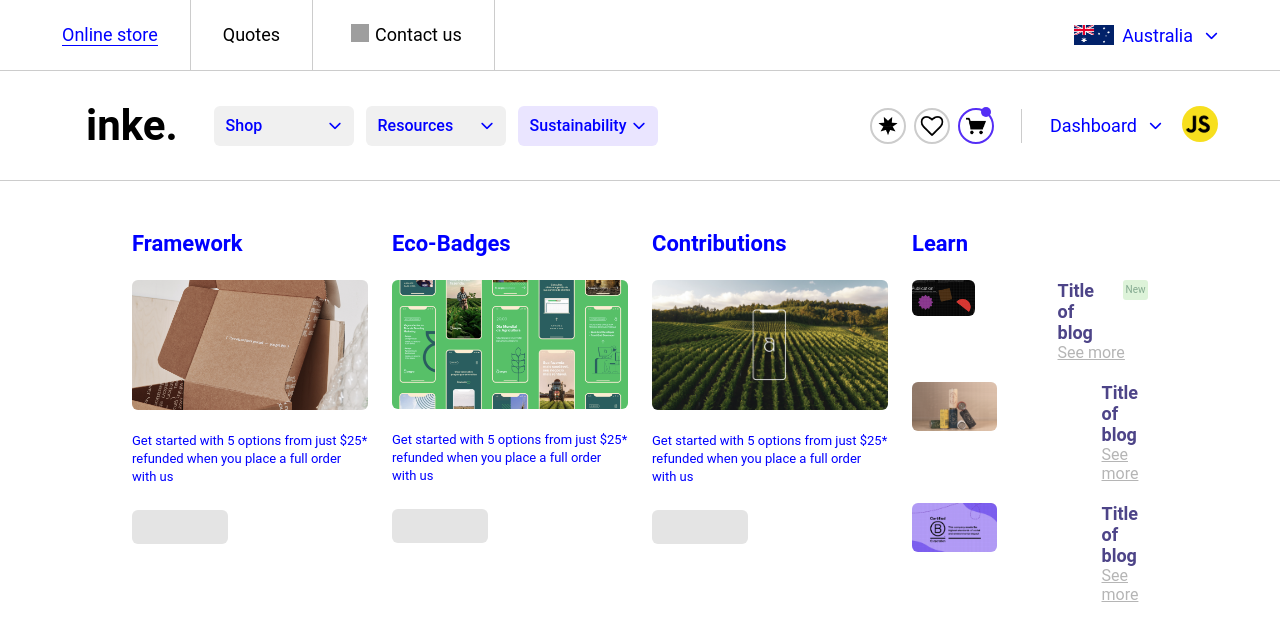
Repository: NguyenMinhKhanhB1909929/Practice_HTML-01
Page: index.html
The author's editor kept a copy of each file at every save. The page is drawn from the files as they stood at one save, then again after a run of saves.
The browser window is 1280 px wide. The pictures show the whole page.
Pictures or frames that could not be fetched are drawn as grey boxes. Some web libraries are served in a nearby version.

Above is the page before, as saved 2022-04-07 19:33:35.

### index.html
<!DOCTYPE html>
<html lang="en">
  <head>
    <meta charset="UTF-8" />
    <meta http-equiv="X-UA-Compatible" content="IE=edge" />
    <meta name="viewport" content="width=device-width, initial-scale=1.0" />
    <title>Practice 1</title>
    <link rel="stylesheet" href="./asset/style/style.css" />
    <link
      rel="stylesheet"
      href="https://cdnjs.cloudflare.com/ajax/libs/font-awesome/6.1.1/css/all.min.css"
    />
  </head>
  <body>
    <div class="main">
      <div class="header">
        <div class="header__about">
          <div class="header__about-text">
            <a href="" class="active">Online store</a>
          </div>
          <div class="header__about-text">
            <a href="">Quotes</a>
          </div>
          <div class="header__about-text">
            <img
              src="https://emojipedia-us.s3.dualstack.us-west-1.amazonaws.com/thumbs/120/google/313/waving-hand_1f44b.png"
              alt=""
              class="header__about-text__img"
            />
            <p class="m-0">
              <a href="">Contact us</a>
            </p>
          </div>
        </div>
        <div class="header__nation">
          <div class="header__nation-wrap">
            <div class="header__nation-flag">
              <img
                src="./asset/img/Australia.svg.webp"
                alt="abc"
                class="header__nation-flag-img"
              />
            </div>
            <div class="header__nation-name">
              <p class="m-0">Australia</p>
            </div>
            <div class="header__nation-icon">
              <i class="fa-solid fa-chevron-down"></i>
            </div>
          </div>
        </div>
      </div>
      <nav class="nav">
        <div class="nav__category">
          <div class="nav__logo">
            <a href="" class="nav__logo-link">inke.</a>
          </div>

          <div class="nav__category-opt">
            <p class="nav__category-opt-name">Shop</p>
            <div class="nav__category-opt-icon">
              <i class="fa-solid fa-chevron-down"></i>
            </div>
          </div>

          <div class="nav__category-opt">
            <p class="nav__category-opt-name">Resources</p>
            <div class="nav__category-opt-icon">
              <i class="fa-solid fa-chevron-down"></i>
            </div>
          </div>
          <div class="nav__category-opt active-btn">
            <p class="nav__category-opt-name">Sustainability</p>
            <div class="nav__category-opt-icon">
              <i class="fa-solid fa-chevron-down"></i>
            </div>
          </div>
        </div>
        <div class="nav__wrap">
          <div class="nav__icon-wrap">
            <div class="nav__icon">
              <img
                src="./asset/img/seven-pointed-star-vector-icon-seven-pointed-star-icon-vector-seven-pointed-star-icon-seven-pointed-star-vector-icon-96183751.jpg"
                alt=""
                class="nav__icon-img"
              />
            </div>
            <div class="nav__icon">
              <img
                src="./asset/img/heart-icon-free-vector.jpg"
                alt=""
                class="nav__icon-img"
              />
            </div>
            <div class="nav__icon active-icon">
              <img
                src="./asset/img/cart-icon-20.jpg"
                alt=""
                class="nav__icon-img"
              />
            </div>
          </div>
          <div class="nav__dash-wrap">
            <div class="nav__das-group">
              <p class="m-0 nav__das-text">Dashboard</p>
              <div class="nav__dash-icon">
                <i class="fa-solid fa-chevron-down"></i>
              </div>
            </div>
            <div class="nav__dash-user">
              <img
                src="./asset/img/images.png"
                alt=""
                class="nav__dash-user-img"
              />
            </div>
          </div>
        </div>
      </nav>
      <div class="container">
        <div class="row">
          <div class="col">
            <div class="container__heading">
              <p class="m-0 container__heading-name">Framework</p>
            </div>
            <div class="container__content">
              <img
                src="./asset/img/image 1.PNG"
                alt=""
                class="container__content-img"
              />
              <p class="container__content-desc">
                Get started with 5 options from just $25* refunded when you
                place a full order with us
              </p>
            </div>
            <button class="btn"></button>
          </div>
          <div class="col">
            <div class="container__heading">
              <p class="m-0 container__heading-name">Eco-Badges</p>
            </div>
            <div class="container__content">
              <img
                src="./asset/img/image2.PNG"
                alt=""
                class="container__content-img"
              />
              <p class="container__content-desc">
                Get started with 5 options from just $25* refunded when you
                place a full order with us
              </p>
            </div>
            <button class="btn"></button>
          </div>
          <div class="col">
            <div class="container__heading">
              <p class="m-0 container__heading-name">Contributions</p>
            </div>
            <div class="container__content">
              <img
                src="./asset/img/image3.PNG"
                alt=""
                class="container__content-img"
              />
              <p class="container__content-desc">
                Get started with 5 options from just $25* refunded when you
                place a full order with us
              </p>
            </div>
            <button class="btn"></button>
          </div>
          <div class="col">
            <div class="container__heading">
              <p class="m-0 container__heading-name">Learn</p>
            </div>
            <div class="container__content">
              <div class="container__content-group">
                <div class="container__content-group-img">
                  <img
                    src="./asset/img/image4.PNG"
                    alt=""
                    class="content-img"
                  />
                </div>
                <div class="container__content-group-title-more">
                  <div class="container__content-title-group">
                    <p class="container__content-title">Title of blog</p>
                    <a class="container__content-title-btn">New</a>
                  </div>
                  <a href="" class="container__content-more">See more</a>
                </div>
              </div>
              <div class="container__content-group">
                <div class="container__content-group-img">
                  <img
                    src="./asset/img/image6.PNG"
                    alt=""
                    class="content-img"
                  />
                </div>
                <div class="container__content-group-title-more">
                  <p class="container__content-title">Title of blog</p>
                  <a href="" class="container__content-more">See more</a>
                </div>
              </div>
              <div class="container__content-group">
                <div class="container__content-group-img">
                  <img
                    src="./asset/img/image7.PNG"
                    alt=""
                    class="content-img"
                  />
                </div>
                <div class="container__content-group-title-more">
                  <p class="container__content-title">Title of blog</p>
                  <a href="" class="container__content-more">See more</a>
                </div>
              </div>
            </div>
          </div>
        </div>
      </div>
    </div>
  </body>
</html>

### asset/style/style.css
* {
  box-sizing: border-box;
  margin: 0;
  font-family: "Roboto", sans-serif;
}
.m-0 {
  margin: 0;
}
.main {
  width: 100%;
}
.header {
  padding: 0 30px;
  display: flex;
  font-size: 18px;
  justify-content: space-between;
  border-bottom: 1px solid #ccc;
}
.header__about {
  display: flex;
}
.header__about-text {
  padding: 24px 32px;
  display: flex;
  border-right: 1px solid #ccc;
}
.header__about-text:hover a {
  color: blue;
  cursor: pointer;
}
.header__about-text__img {
  width: 18px;
  height: 18px;
  display: flex;
  align-items: center;
  margin: 0 6px;
}
.header__nation {
  display: flex;
  align-items: center;
}
.header__nation-wrap {
  display: flex;
}
.header__nation-flag {
  display: flex;
  align-items: center;
}
.header__nation-flag-img {
  width: 40px;
}
.header__nation-name {
  padding: 24px 8px;
}
.header__nation-icon {
  display: flex;
  align-items: center;
  margin: 0 32px 0 4px;
  font-size: 13px;
}
.active {
  color: blue;
  border-bottom: 1px solid blue;
}
a {
  text-decoration: none;
  color: #000;
}

.nav {
  padding: 30px 62px;
  display: flex;
  font-size: 18px;
  justify-content: space-between;
  align-items: center;
  border-bottom: 1px solid #ccc;
}
.nav__category {
  display: flex;
  align-items: center;
}
.nav__logo {
  padding: 0 24px;
}
.nav__logo-link {
  font-size: 42px;
  font-weight: bold;
}
.nav__wrap {
  display: flex;
  align-items: center;
}
.nav__icon-wrap {
  display: flex;
  padding-right: 20px;
  position: relative;
  align-items: center;
  position: relative;
}

.nav__icon {
  width: 36px;
  height: 36px;
  border-radius: 100rem;
  border: 2px solid #ccc;
  display: flex;
  justify-content: center;
  align-items: center;
  margin-right: 8px;
}
.active-icon {
  border: 2px solid #552ef5;
  position: relative;
}
.active-icon::after {
  content: "";
  display: block;
  width: 10px;
  height: 10px;
  background-color: #552ef5;
  position: absolute;
  border-radius: 100rem;
  top: -3px;
  right: 1px;
}
.nav__icon-wrap::after {
  content: "";
  position: absolute;
  display: block;
  height: 34px;
  width: 1px;
  background-color: #ccc;
  right: 0;
  top: 50%;
  transform: translateY(-50%);
}
.nav__dash-wrap {
  display: flex;
  align-items: center;
}
.nav__das-text {
  margin-left: 28px;
}
.nav__dash-icon {
  font-size: 13px;
  margin: 0 12px;
}

.nav__category-opt {
  width: 140px;
  height: 40px;
  border-radius: 6px;
  border: none;
  background-color: #f0f0f0;
  margin-left: 12px;
  padding: 0 12px;
  display: flex;
  align-items: center;
  justify-content: space-between;
  font-size: 16px;
  font-weight: 500;
}
.nav__category-opt:hover {
  background-color: #eae5ff;
}
.nav__category-opt-icon {
  font-size: 13px;
  font-weight: bold;
}
.nav__dash-user {
  margin-left: 8px;
}
.nav__dash-user-img {
  width: 36px;
  border-radius: 100rem;
  height: 36px;
  object-fit: cover;
}
.nav__icon-img {
  width: 28px;
  height: 28px;
  border-radius: 100rem;
}
.active-btn {
  background-color: #eae5ff;
}
.container {
  margin: 0 120px;
  padding: 50px 0 0 0;
}
.row {
  display: flex;
}
.col {
  width: 25%;
  padding: 0 12px;
}
.container__heading {
}

.container__heading-name {
  font-size: 22px;
  font-weight: 600;
}
.container__content {
  margin-top: 24px;
}
.container__content-img {
  width: 100%;
  border-radius: 6px;
  margin-bottom: 18px;
}
.container__content-desc {
  font-size: 13px;
  line-height: 18px;
}
.btn {
  height: 34px;
  width: 96px;
  background-color: #e4e4e4;
  border: none;
  border-radius: 6px;
  margin-top: 24px;
}
.container__content-group {
  display: flex;
  margin-bottom: 20px;
}
.container__content-group-img {
  margin-right: 20px;
}
.content-img {
  width: 50%;
  border-radius: 6px;
}
.container__content-group-title-more {
  display: flex;
  flex-direction: column;
  justify-content: space-evenly;
}
.container__content-title-group {
  display: flex;
}
.container__content-title {
  font-size: 18px;
  font-weight: 600;
  color: #4d4488;
  margin-right: 10px;
}
.container__content-title-btn {
  font-size: 10px;
  background-color: #ddf3d9;
  width: 44px;
  height: 20px;
  border-radius: 3px;
  text-align: center;
  line-height: 20px;
  color: #84aa90;
}
.container__content-more {
  font-size: 16px;
  color: #b5b5b5;
  text-decoration: underline;
}
.nav__das-group {
  display: flex;
  align-items: center;
}

/* ---------------------Responsive------------------- */
/* PC */
@media screen and (min-width: 64em) {
  * {
    color: blue;
  }
}
/* Tablet */
@media screen and (min-width: 46.25em) and (max-width: 63.9375em) {
  /* Header */
  .header {
    padding: 0 0;
  }
  .header__nation-name {
    display: none;
  }
  .header__nation-icon {
    margin-left: 12px;
    margin-right: 24px;
  }
  .header__nation-flag-img {
    width: 48px;
  }
  /* Nav */
  .nav {
    padding-left: 0;
    padding-right: 0;
  }
  .nav__das-group {
    display: none;
  }
  .nav__category-opt {
    width: auto;
    height: 46px;
  }
  .nav__category-opt-name {
    margin-right: 8px;
  }
  .nav__dash-user {
    margin-left: 12px;
    margin-right: 20px;
  }
  .nav__icon-wrap {
    padding-right: 12px;
  }
  .nav__logo {
    padding-right: 12px;
  }
  /* Container */
  .container {
    margin: 0 10px;
  }
  .row {
    flex-wrap: wrap;
  }
  .col {
    width: 50%;
    margin-bottom: 32px;
    padding: 0 24px;
  }
  .btn {
    height: 46px;
    width: 120px;
    margin-top: 16px;
  }
  .container__content-desc {
    font-size: 16px;
    line-height: 24px;
  }
  .container__heading-name {
    font-size: 28px;
  }
}

/* Mobile */
@media screen and (max-width: 46.1875em) {
  * {
    color: red;
  }
}

After the next 2 saves:
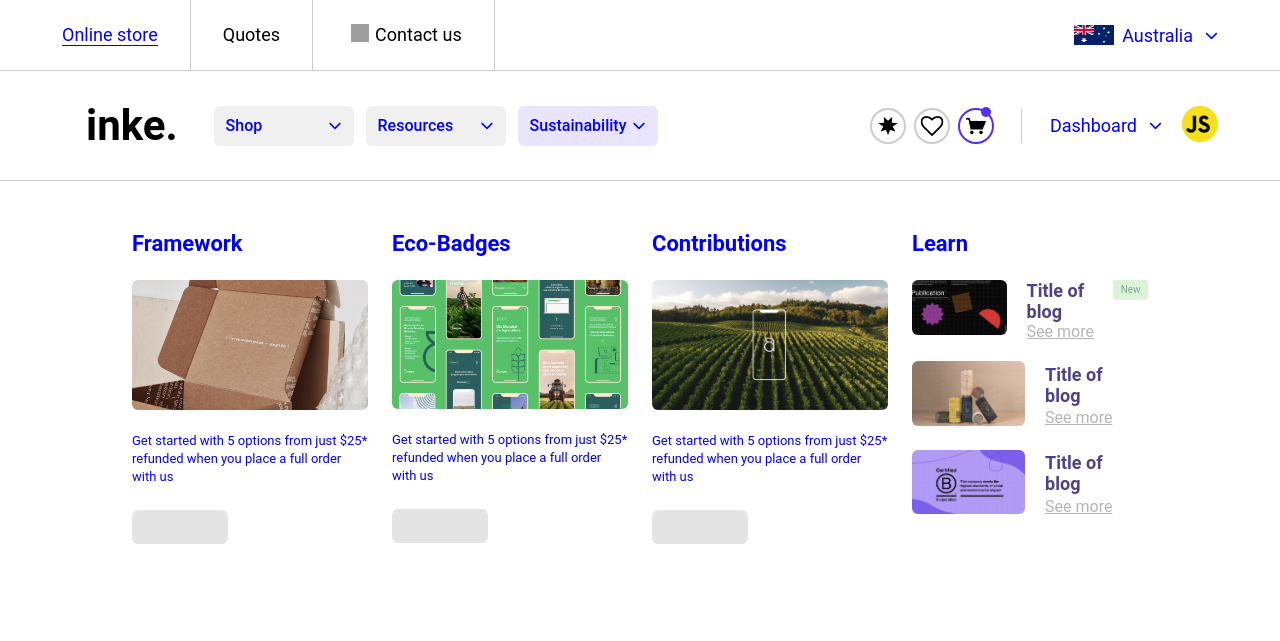
The 2 saves are shown as one change because they came seconds apart.
The last was saved 88 s later.
--- a/asset/style/style.css
+++ b/asset/style/style.css
@@ -228,9 +228,10 @@ a {
 }
 .container__content-group-img {
   margin-right: 20px;
+  width: 50%;
 }
 .content-img {
-  width: 50%;
+  width: 100%;
   border-radius: 6px;
 }
 .container__content-group-title-more {
